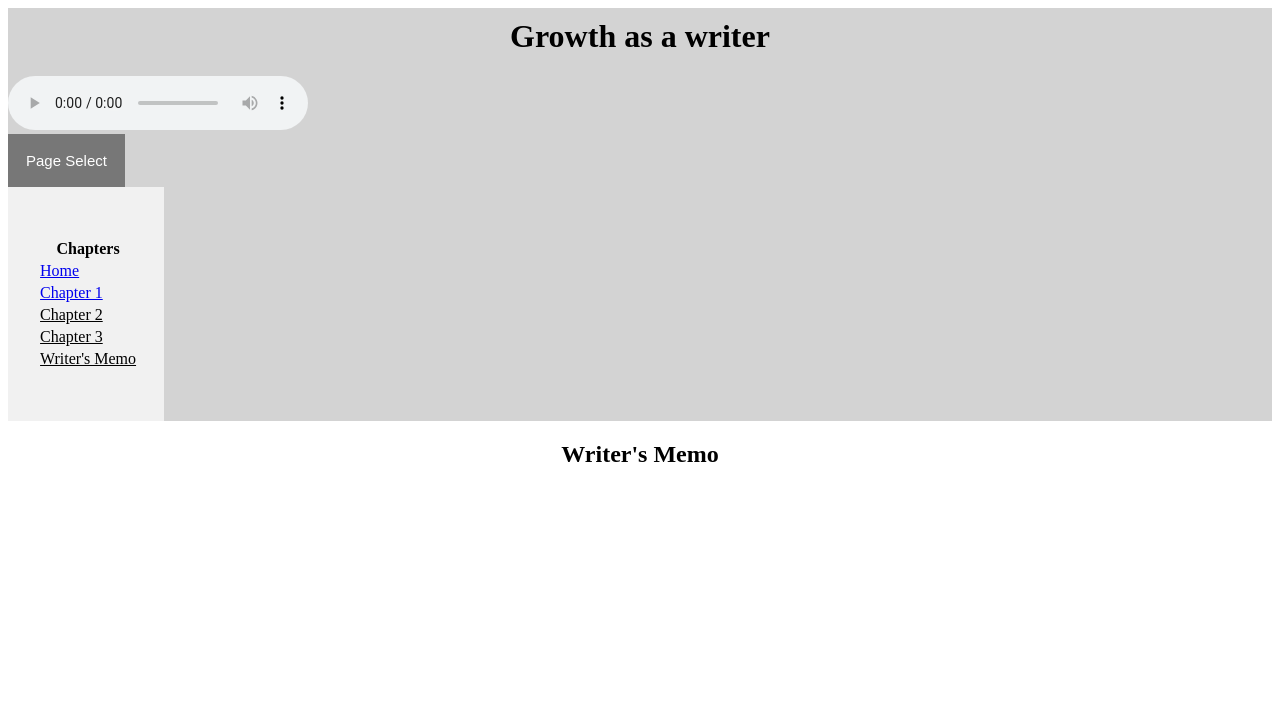
Repository: jpaisiem/WP-4
Page: WritersMemo.html
These files come from the project's save history. The page is drawn as it stood at one moment and after the next save; the edit follows.
The browser window is 1280 px wide. The pictures show the whole page.

Above is the page before, as saved 2025-05-01 11:59:39.
Console error: TypeError: Cannot read properties of undefined (reading 'toggle')

After the next save:
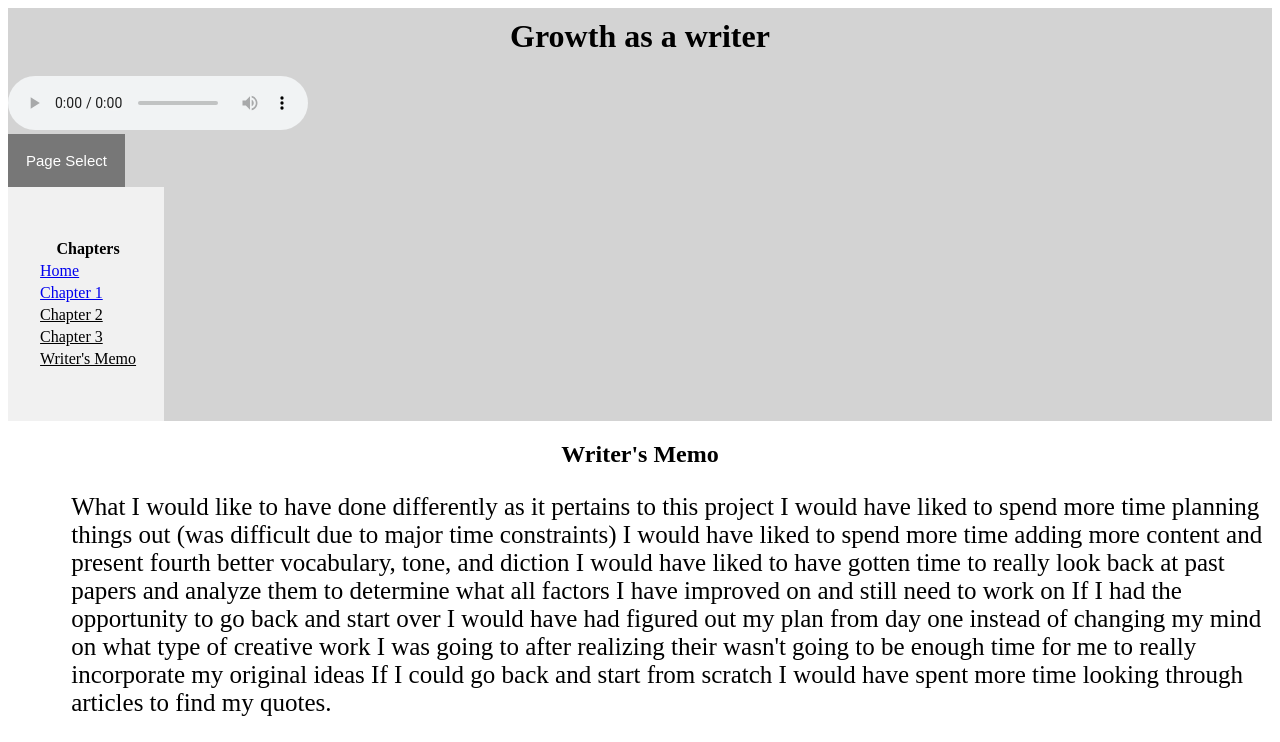
Saved 46 s later.
--- a/WritersMemo.html
+++ b/WritersMemo.html
@@ -73,6 +73,12 @@ p
 <div style="text-align: center;">
      <h2 style="text-align: center;">Writer&apos;s Memo</h2>
      <p>
+    What I would like to have done differently as it pertains to this project
+I would have liked to spend more time planning things out (was difficult due to major time constraints)
+I would have liked to spend more time adding more content and present fourth better vocabulary, tone, and diction
+I would have liked to have gotten time to really look back at past papers and analyze them to determine what all factors I have improved on and still need to work on
+If I had the opportunity to go back  and start over I would  have had figured out my plan from day one instead of changing my mind on what type of creative work I was going to after realizing their wasn't going to be enough time for me to really incorporate my original ideas
+If I could go back and start from scratch I would have spent more time looking through articles to find my quotes.
 
 </p>
 </div>
